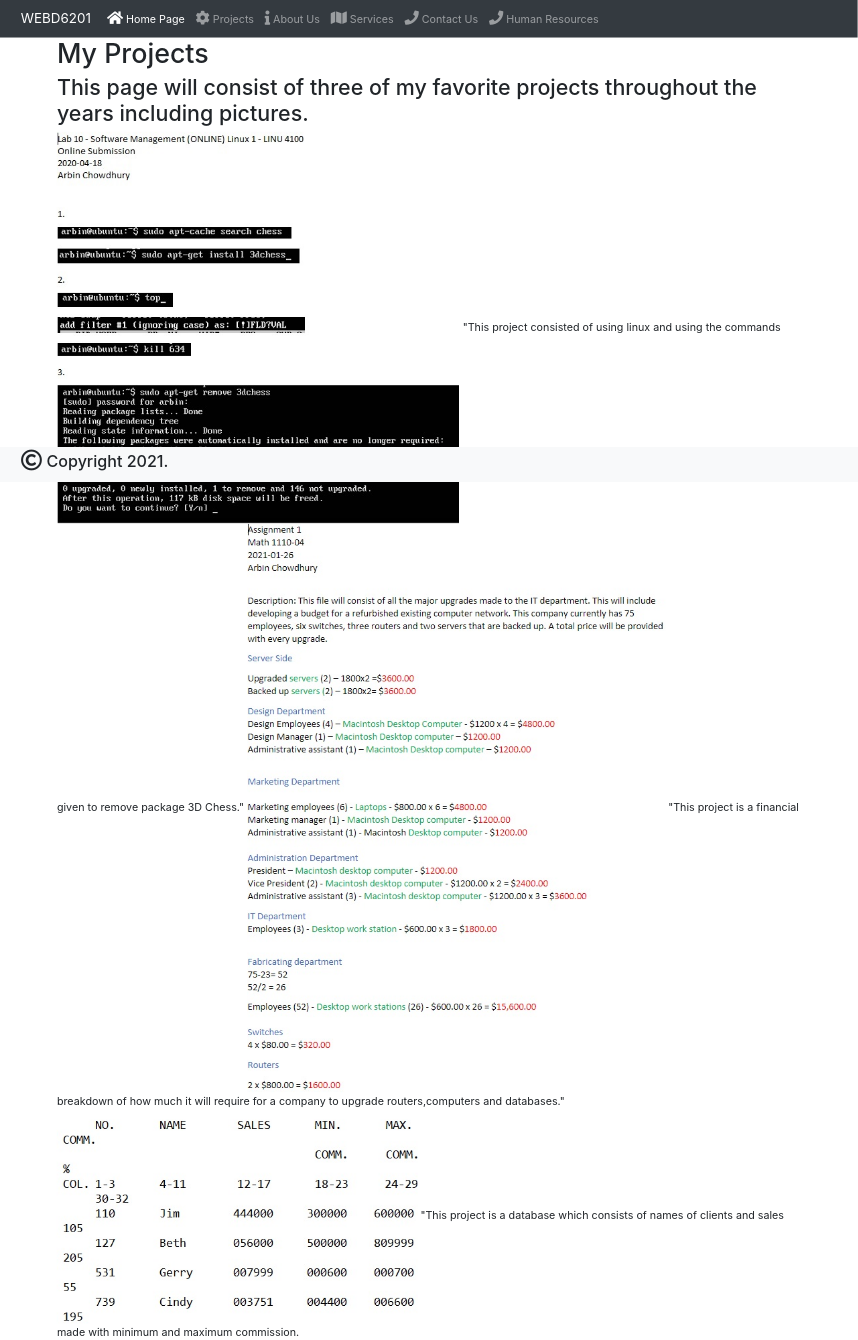
Repository: arbin6ix/ICE-2
Page: projects.html
An editor plug-in stored every save of this project. The page is shown before and after the next save, followed by the edit.
The browser window is 1280 px wide. The pictures show the whole page, at 67% of full size.

Above is the page before, as saved 2021-02-05 22:34:50.

### projects.html
<!DOCTYPE html>
<html lang="en">
<head>
    <meta charset="UTF-8">
    <meta name="viewport" content="width=device-width, initial-scale=1.0">
    <title>Projects</title>
    <!-- CSS Section -->
    <link rel="stylesheet" href="./node_modules/bootstrap/dist/css/bootstrap.min.css">
    <link rel="stylesheet" href="./node_modules/@fortawesome/fontawesome-free/css/all.min.css">
    <link rel="stylesheet" href="./Content/app.css">
</head>
<body>
    <!-- Main Header -->
    <header>
        <!-- Main Navigation -->
        <nav class="navbar navbar-expand-lg navbar-dark bg-dark">
          <div class="container-fluid">
            <a class="navbar-brand" href="projects.html">WEBD6201</a>
            <button class="navbar-toggler" type="button" data-bs-toggle="collapse" data-bs-target="#navbarSupportedContent" aria-controls="navbarSupportedContent" aria-expanded="false" aria-label="Toggle navigation">
              <span class="navbar-toggler-icon"></span>
            </button>
            <div class="collapse navbar-collapse" id="navbarSupportedContent";>
              <ul class="navbar-nav me-auto mb-2 mb-lg-0">
                <li class="nav-item">
                  <a class="nav-link active" aria-current="page" href="index.html"><i class="fas fa-home fa-lg"></i> Home Page</a>
                </li>

                <li class="nav-item">
                  <a class="nav-link" aria-current="page" href="projects.html"><i class="fas fa-cog fa-lg"></i> Projects</a>
                </li>

                <li class="nav-item">
                  <a class="nav-link" aria-current="page" href="about.html"><i class="fas fa-info fa-lg"></i> About Us</a>
                </li>

                <li class="nav-item">
                  <a class="nav-link" aria-current="page" href="services.html"><i class="fas fa-map fa-lg"></i> Services</a>
                </li>

                <li class="nav-item">
                  <a class="nav-link" aria-current="page" href="contact.html"><i class="fas fa-phone fa-lg"></i> Contact Us</a>
                </li>

                <li class="nav-item">
                  <a class="nav-link" aria-current="page" href="human-resources.html"><i class="fas fa-phone fa-lg"></i> Human Resources</a>
                </li>
              </ul>
            </div>
          </div>
        </nav>
  </header>

    <!-- Main Content -->
    <main class="container">
        <h1>My Projects</h1>
        <h2>This page will consist of three of my favorite projects throughout the years including pictures.</h2>

        <img src="images/project1.jpg">
        <h7>"This project consisted of using linux and using the commands given to remove package 3D Chess."</h7>

        <img src="images/Project2.jpg">
        <h7>"This project is a financial breakdown of how much it will require for a company to upgrade routers,computers and databases."</h7>

        <img src="images/Project3.jpg">
        <h7>"This project is a database which consists of names of clients and sales made with minimum and maximum commission.</h7>
    </main>






    <!-- Main Footer -->
    <footer>
        <nav class="navbar fixed-bottom navbar-light bg-light">
            <div class="container-fluid">
              <h4><i class="far fa-copyright fa-lg"></i> Copyright 2021.</h4>
            </div>
          </nav>
    </footer>

    <!-- Script Section-->
    <script src="./node_modules/jquery/dist/jquery.min.js"></script>
    <script src="./node_modules/bootstrap/dist/js/bootstrap.bundle.min.js"></script>
    <script src="./Scripts/app.js"></script>
</body>
</html>

### Scripts/app.js
/* custom JavaScript goes here */

//IIFE - Immediately Invoked Function Expression
//AKA - Anonymous Self-Executing Function
//Closure - limits scope leak

"use strict";
//Contact Class


(function()
{
    function displayHome()
    {
        let paragraphOneText =
          "This is a simple site to demonstrate DOM Manipulation for ICE 2";

        let paragraphOneElement = document.getElementById("paragraphOne");

        paragraphOneElement.textContent = paragraphOneText;
        paragraphOneElement.className = "fs-5";

        // Step 1. document.createElement
        let newParagraph = document.createElement("p");
        // Step 2. configure the element
        newParagraph.setAttribute("id", "paragraphTwo");
        newParagraph.textContent = "...And this is paragraph two";
        // Step 3. select the parent element
        let mainContent = document.getElementsByTagName("main")[0];
        // Step 4. Add / Insert the element
        mainContent.appendChild(newParagraph);

        newParagraph.className = "fs-6";

        // another way of injecting content
        let paragraphDiv = document.createElement("div");
        let paragraphThree = `<p id="paragraphThree" class="fs-7 fw-bold">And this is the Third Paragraph</p>`;
        paragraphDiv.innerHTML = paragraphThree;

        // insertions

        // example of inserting before a node
        //newParagraph.before(paragraphDiv);

        // example of inserting after a node
        newParagraph.after(paragraphDiv);

        // deletions

        // example of removing a single element
        //paragraphOneElement.remove();

        // example of removeChild
        mainContent.removeChild(paragraphOneElement);

        // update / modification
        //mainContent.firstElementChild.textContent = "Welcome Home!";

        mainContent.innerHTML = `<h1 id="firstHeading">Welcome to WEBD6201 - Lab 1</h1>
         <p id="paragraphOne" class="fs-3 fw-bold">This is my first Paragraph</p>
        `;

    }

    function displayAbout()
    {

    }

    function displayProjects()
    {

    }

    function displayServices()
    {

    }

    function displayContact()
    {
        let messageArea = document.getElementById("messageArea");
        messageArea.hidden = true;

        // form validation
        let fullName = document.getElementById("fullName");
        fullName.addEventListener("blur", function() {
            if(fullName.value.length < 2)
            {
                fullName.focus();
                fullName.select();
                messageArea.hidden = false;
                messageArea.className = "alert alert-danger";
                messageArea.textContent = "Please enter an appropriate Name";
            }
            else
            {
                messageArea.removeAttribute("class");
                messageArea.hidden = true;
            }
        });

        let sendButton = document.getElementById("sendButton");
        sendButton.addEventListener("click", function(event){
            //event.preventDefault();


            let contact = new Contact(fullName.value, contactNumber.value, emailAddress.value);
              localStorage.setItem((localStorage.length + 1).toString(), contact.serialize());







        });
    }

    function displayContactList()
    {
      if (localStorage.length > 0)
      {
        let contactList = document.getElementById("contactList");

        let data = "";

        for (let index = 0; index < localStorage.length; index++)
        {
          let contactData = localStorage.getItem((index + 1).toString());

          let contact = new Contact();
          contact.deserialize(contactData);

          data += `<tr>
          <th scope="row">${index + 1}</th>
          <td>${contact.FullName}</td>
          <td>${contact.ContactNumber}</td>
          <td>${contact.EmailAddress}</td>
        </tr>`;
        }

        contactList.innerHTML = data;
      }
    }



    function Start()
    {
        console.log("App Started...");

        switch (document.title)
        {
          case "Home":
              displayHome();
            break;
          case "About":
              displayAbout();
            break;
          case "Projects":
              displayProjects();
            break;
          case "Services":
              displayServices();
            break;
          case "Contact":
              displayContact();
            break;
          case "Contact-List":
            displayContactList();
          break;
        }

    }

    window.addEventListener("load", Start);

})();

Loaded but not shown: node_modules/bootstrap/dist/css/bootstrap.min.css (library); node_modules/@fortawesome/fontawesome-free/css/all.min.css (library); Content/app.css (common file); node_modules/jquery/dist/jquery.min.js (library); node_modules/bootstrap/dist/js/bootstrap.bundle.min.js (library)

After the next save:
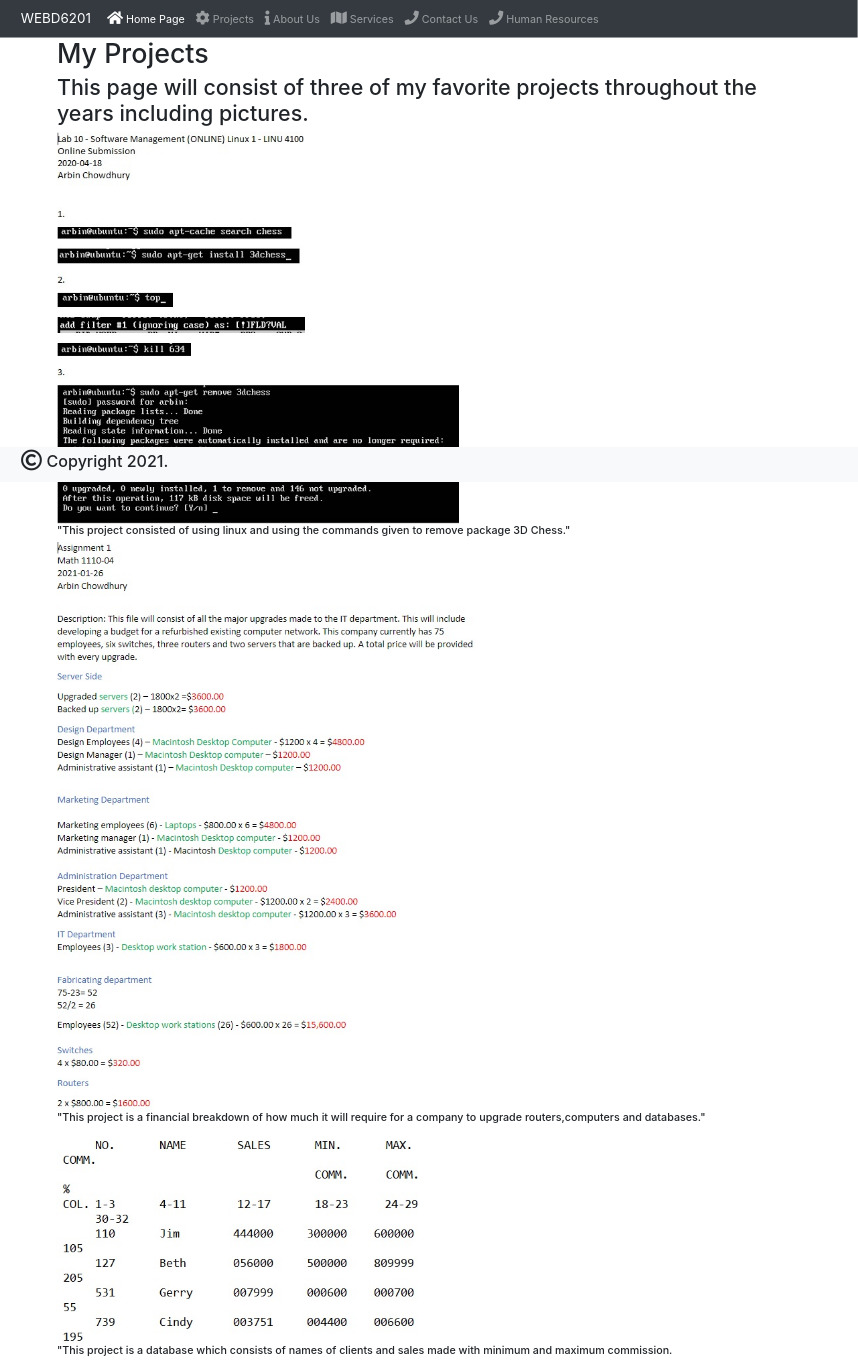
Saved 25 s later.
--- a/projects.html
+++ b/projects.html
@@ -56,13 +56,13 @@
         <h2>This page will consist of three of my favorite projects throughout the years including pictures.</h2>
 
         <img src="images/project1.jpg">
-        <h7>"This project consisted of using linux and using the commands given to remove package 3D Chess."</h7>
+        <h6>"This project consisted of using linux and using the commands given to remove package 3D Chess."</h6>
 
         <img src="images/Project2.jpg">
-        <h7>"This project is a financial breakdown of how much it will require for a company to upgrade routers,computers and databases."</h7>
+        <h6>"This project is a financial breakdown of how much it will require for a company to upgrade routers,computers and databases."</h6>
 
         <img src="images/Project3.jpg">
-        <h7>"This project is a database which consists of names of clients and sales made with minimum and maximum commission.</h7>
+        <h6>"This project is a database which consists of names of clients and sales made with minimum and maximum commission.</h6>
     </main>
 
 
